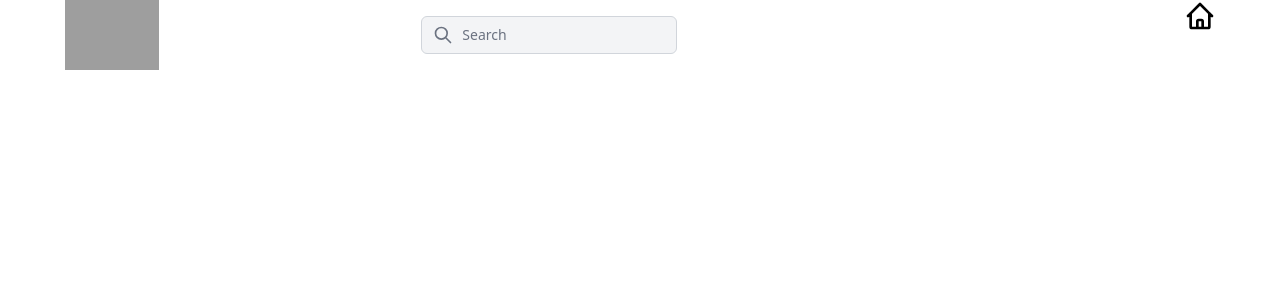
Repository: Qu4ntumGuy/insta-clone
Page: /
An editor plug-in stored every save of this project. The page is shown before and after the next save, followed by the edit.
The browser window is 1280 px wide. The pictures show the whole page.
Pictures or frames that could not be fetched are drawn as grey boxes. The project was rebuilt for these pictures with package versions that can differ from the ones it lists, and the page was loaded fresh each time. The framework's server and built-in components were replaced by stand-ins that run in the browser. Also part of the build but not shown: next.config.js.

Above is the page before, as saved 2022-03-16 12:22:55.

After the next save:
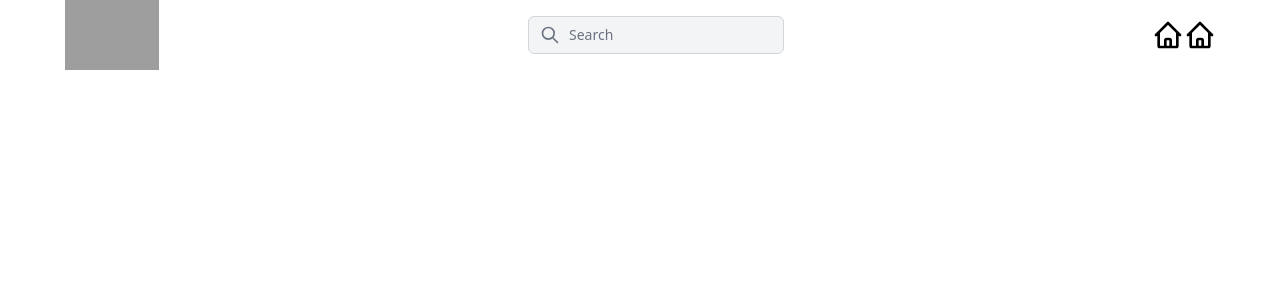
Saved 69 s later.
--- a/components/Header.js
+++ b/components/Header.js
@@ -42,9 +42,10 @@ const Header = () => {
             />
           </div>
         </div>
-        <div>
+        <div className="flex items-center">
+        <HomeIcon className=" h-8 w-8" />
+        <HomeIcon className=" h-8 w-8" />
         </div>
-        <HomeIcon className=" h-8 w-8" />
       </div>
     </div>
   );
